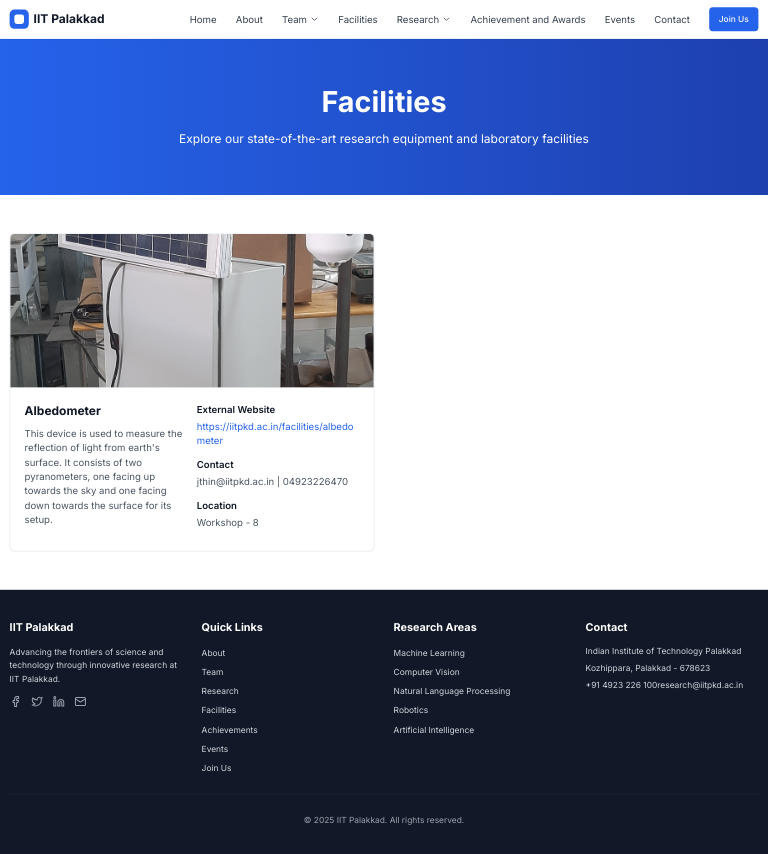
Repository: Gopikrish-30/ARISE
Page: /facilities
These files come from the project's save history. The page is drawn as it stood at one moment and after a run of saves; the edit follows.
The browser window is 1280 px wide. The pictures show the whole page, at 60% of full size.
The project was rebuilt for these pictures with package versions that can differ from the ones it lists, and the page was loaded fresh each time. The framework's server and built-in components were replaced by stand-ins that run in the browser. Also part of the build but not shown: next.config.mjs.

Above is the page before, as saved 2025-06-27 22:41:57.

### app/layout.tsx
import type React from "react"
import type { Metadata } from "next"
import { Inter } from "next/font/google"
import "./globals.css"
import { Navbar } from "@/components/navbar"
import { Footer } from "@/components/footer"

const inter = Inter({ subsets: ["latin"] })

export const metadata: Metadata = {
  title: "IIT Palakkad - Department Showcase",
  description: "Advancing the frontiers of science and technology through innovative research at IIT Palakkad",
}

export default function RootLayout({
  children,
}: {
  children: React.ReactNode
}) {
  return (
    <html lang="en">
      <body className={inter.className}>
        <Navbar />
        <main className="min-h-screen">{children}</main>
        <Footer />
      </body>
    </html>
  )
}

### app/facilities/page.tsx
"use client"

import { Button } from "@/components/ui/button"
import { Card, CardContent } from "@/components/ui/card"
import { Badge } from "@/components/ui/badge"
import { Eye } from "lucide-react"
import { useState } from "react"

export default function FacilitiesPage() {
  const facilities = [
    {
      title: "Albedometer",
      description: "This device is used to measure the reflection of light from earth's surface. It consists of two pyranometers, one facing up towards the sky and one facing down towards the surface for its setup.",
      image: "/facilities/Albedometer_0.jpg?height=250&width=400&text=HPC+Cluster",
      externalLink: "https://iitpkd.ac.in/facilities/albedometer",
      contact: "jthin@iitpkd.ac.in | 04923226470",
      location: "Workshop - 8",
    },

  ]

  // Removed categories and filtering as per user request


  const handleViewDetails = (facility: any) => {
    // Navigate to detailed facility page or open modal
    window.location.href = `/facilities/${facility.title.toLowerCase().replace(/\s+/g, "-")}`
  }

  const handleBookFacility = (facility: any) => {
    // Open booking form or navigate to booking page
    const subject = encodeURIComponent(`Facility Booking Request - ${facility.title}`)
    const body = encodeURIComponent(
      `I would like to book the ${facility.title} facility.\n\nDetails:\n- Purpose: \n- Date: \n- Duration: \n\nBest regards,`,
    )
    window.location.href = `mailto:facilities@iitpkd.ac.in?subject=${subject}&body=${body}`
  }

  const filteredFacilities = facilities

  return (
    <div className="bg-white min-h-screen">
      {/* Hero Section */}
      <section className="bg-gradient-to-r from-blue-600 to-blue-800 text-white py-20">
        <div className="container mx-auto px-4 text-center">
          <h1 className="text-4xl md:text-5xl font-bold mb-6">Facilities</h1>
          <p className="text-xl max-w-3xl mx-auto">
            Explore our state-of-the-art research equipment and laboratory facilities
          </p>
        </div>
      </section>

      {/* Facilities Content */}
      <section className="py-16">
        <div className="container mx-auto px-4">


          {/* Facilities Grid */}
          <div className="grid md:grid-cols-2 gap-8">
            {filteredFacilities.map((facility, index) => (
              <Card key={index} className="overflow-hidden group hover:shadow-lg transition-shadow">
                <div className="h-64 bg-gray-200 relative overflow-hidden">
                  <a href={facility.image || "/placeholder.svg"} target="_blank" rel="noopener noreferrer">
                    <img
                      src={facility.image || "/placeholder.svg"}
                      alt={facility.title}
                      className="w-full h-full object-cover group-hover:scale-110 transition-transform duration-300"
                    />
                  </a>
                </div>

                  <CardContent className="p-6 grid grid-cols-1 md:grid-cols-2 gap-4">
                    <div>
                      <h3 className="text-xl font-bold text-gray-900 mb-3">{facility.title}</h3>
                      <p className="text-gray-600 mb-4">{facility.description}</p>



                    </div>

                    <div className="space-y-4">
                      <div>
                        <h4 className="font-semibold text-gray-900 mb-1">External Website</h4>
                        <a
                          href={facility.externalLink}
                          target="_blank"
                          rel="noopener noreferrer"
                          className="text-blue-600 hover:underline break-all"
                        >
                          {facility.externalLink}
                        </a>
                      </div>

                      <div>
                        <h4 className="font-semibold text-gray-900 mb-1">Contact</h4>
                        <p className="text-gray-600 break-all">{facility.contact}</p>
                      </div>

                      <div>
                        <h4 className="font-semibold text-gray-900 mb-1">Location</h4>
                        <p className="text-gray-600">{facility.location}</p>
                      </div>
                  </div>
                </CardContent>
              </Card>
            ))}
          </div>
        </div>
      </section>
    </div>
  )
}

### app/globals.css
@tailwind base;
@tailwind components;
@tailwind utilities;

@layer base {
  :root {
    --background: 0 0% 100%;
    --foreground: 222.2 84% 4.9%;
    --card: 0 0% 100%;
    --card-foreground: 222.2 84% 4.9%;
    --popover: 0 0% 100%;
    --popover-foreground: 222.2 84% 4.9%;
    --primary: 221.2 83.2% 53.3%;
    --primary-foreground: 210 40% 98%;
    --secondary: 210 40% 96%;
    --secondary-foreground: 222.2 84% 4.9%;
    --muted: 210 40% 96%;
    --muted-foreground: 215.4 16.3% 46.9%;
    --accent: 210 40% 96%;
    --accent-foreground: 222.2 84% 4.9%;
    --destructive: 0 84.2% 60.2%;
    --destructive-foreground: 210 40% 98%;
    --border: 214.3 31.8% 91.4%;
    --input: 214.3 31.8% 91.4%;
    --ring: 221.2 83.2% 53.3%;
    --radius: 0.5rem;
  }

  .dark {
    --background: 222.2 84% 4.9%;
    --foreground: 210 40% 98%;
    --card: 222.2 84% 4.9%;
    --card-foreground: 210 40% 98%;
    --popover: 222.2 84% 4.9%;
    --popover-foreground: 210 40% 98%;
    --primary: 217.2 91.2% 59.8%;
    --primary-foreground: 222.2 84% 4.9%;
    --secondary: 217.2 32.6% 17.5%;
    --secondary-foreground: 210 40% 98%;
    --muted: 217.2 32.6% 17.5%;
    --muted-foreground: 215 20.2% 65.1%;
    --accent: 217.2 32.6% 17.5%;
    --accent-foreground: 210 40% 98%;
    --destructive: 0 62.8% 30.6%;
    --destructive-foreground: 210 40% 98%;
    --border: 217.2 32.6% 17.5%;
    --input: 217.2 32.6% 17.5%;
    --ring: 224.3 76.3% 94.1%;
  }
}

@layer base {
  * {
    @apply border-border;
  }
  body {
    @apply bg-background text-foreground;
  }
}

@layer utilities {
  .line-clamp-3 {
    display: -webkit-box;
    -webkit-line-clamp: 3;
    -webkit-box-orient: vertical;
    overflow: hidden;
  }
}

### components/navbar.tsx
"use client"

import { useState } from "react"
import Link from "next/link"
import { Button } from "@/components/ui/button"
import { Menu, X, ChevronDown } from "lucide-react"
import { DropdownMenu, DropdownMenuContent, DropdownMenuItem, DropdownMenuTrigger } from "@/components/ui/dropdown-menu"

export function Navbar() {
  const [isOpen, setIsOpen] = useState(false)

  return (
    <nav className="bg-white shadow-sm border-b sticky top-0 z-50">
      <div className="container mx-auto px-4">
        <div className="flex justify-between items-center h-16">
          {/* Logo */}
          <Link href="/" className="flex items-center space-x-2">
            <div className="w-8 h-8 bg-blue-600 rounded-lg flex items-center justify-center">
              <div className="w-4 h-4 bg-white rounded-sm"></div>
            </div>
            <span className="font-bold text-xl text-gray-900">IIT Palakkad</span>
          </Link>

          {/* Desktop Navigation */}
          <div className="hidden md:flex items-center space-x-8">
            <Link href="/" className="text-gray-700 hover:text-blue-600 transition-colors">
              Home
            </Link>
            <Link href="/about" className="text-gray-700 hover:text-blue-600 transition-colors">
              About
            </Link>

            {/* Team Dropdown */}
            <DropdownMenu>
              <DropdownMenuTrigger className="flex items-center text-gray-700 hover:text-blue-600 transition-colors">
                Team <ChevronDown className="ml-1 h-4 w-4" />
              </DropdownMenuTrigger>
              <DropdownMenuContent>
                <DropdownMenuItem asChild>
                  <Link href="/team">All Team</Link>
                </DropdownMenuItem>
                <DropdownMenuItem asChild>
                  <Link href="/team/faculty">Faculty</Link>
                </DropdownMenuItem>
                <DropdownMenuItem asChild>
                  <Link href="/team/scholars">Research Scholars</Link>
                </DropdownMenuItem>
              </DropdownMenuContent>
            </DropdownMenu>

            <Link href="/facilities" className="text-gray-700 hover:text-blue-600 transition-colors">
              Facilities
            </Link>

            {/* Research Dropdown */}
            <DropdownMenu>
              <DropdownMenuTrigger className="flex items-center text-gray-700 hover:text-blue-600 transition-colors">
                Research <ChevronDown className="ml-1 h-4 w-4" />
              </DropdownMenuTrigger>
              <DropdownMenuContent>
                <DropdownMenuItem asChild>
                  <Link href="/research">All Research</Link>
                </DropdownMenuItem>
                <DropdownMenuItem asChild>
                  <Link href="/research/journals">Journals</Link>
                </DropdownMenuItem>
                <DropdownMenuItem asChild>
                  <Link href="/research/conferences">Conferences</Link>
                </DropdownMenuItem>
                <DropdownMenuItem asChild>
                  <Link href="/research/book-chapters">Book Chapters</Link>
                </DropdownMenuItem>
                <DropdownMenuItem asChild>
                  <Link href="/research/programs">Programs</Link>
                </DropdownMenuItem>
              </DropdownMenuContent>
            </DropdownMenu>

            <Link href="/achievements" className="text-gray-700 hover:text-blue-600 transition-colors">
              Achievement and Awards
            </Link>
            <Link href="/events" className="text-gray-700 hover:text-blue-600 transition-colors">
              Events
            </Link>
            <Link href="/contact" className="text-gray-700 hover:text-blue-600 transition-colors">
              Contact
            </Link>
            <Button asChild className="bg-blue-600 hover:bg-blue-700">
              <Link href="/join-us">Join Us</Link>
            </Button>
          </div>

          {/* Mobile menu button */}
          <button className="md:hidden" onClick={() => setIsOpen(!isOpen)}>
            {isOpen ? <X className="h-6 w-6" /> : <Menu className="h-6 w-6" />}
          </button>
        </div>

        {/* Mobile Navigation */}
        {isOpen && (
          <div className="md:hidden py-4 border-t">
            <div className="flex flex-col space-y-4">
              <Link href="/" className="text-gray-700 hover:text-blue-600 transition-colors">
                Home
              </Link>
              <Link href="/about" className="text-gray-700 hover:text-blue-600 transition-colors">
                About
              </Link>
              <Link href="/team" className="text-gray-700 hover:text-blue-600 transition-colors">
                Team
              </Link>
              <Link href="/facilities" className="text-gray-700 hover:text-blue-600 transition-colors">
                Facilities
              </Link>
              <Link href="/research" className="text-gray-700 hover:text-blue-600 transition-colors">
                Research
              </Link>
              <Link href="/achievements" className="text-gray-700 hover:text-blue-600 transition-colors">
                Achievement and Awards
              </Link>
              <Link href="/events" className="text-gray-700 hover:text-blue-600 transition-colors">
                Events
              </Link>
              <Link href="/contact" className="text-gray-700 hover:text-blue-600 transition-colors">
                Contact
              </Link>
              <Button asChild className="bg-blue-600 hover:bg-blue-700 w-fit">
                <Link href="/join-us">Join Us</Link>
              </Button>
            </div>
          </div>
        )}
      </div>
    </nav>
  )
}

### components/footer.tsx
"use client"

import Link from "next/link"
import { Facebook, Twitter, Linkedin, Mail } from "lucide-react"

export function Footer() {
  const handleSocialClick = (platform: string) => {
    const socialLinks = {
      facebook: "https://facebook.com/iitpalakkad",
      twitter: "https://twitter.com/iitpalakkad",
      linkedin: "https://linkedin.com/school/iit-palakkad",
      email: "mailto:info@iitpkd.ac.in",
    }

    if (platform === "email") {
      window.location.href = socialLinks.email
    } else {
      window.open(socialLinks[platform], "_blank", "noopener,noreferrer")
    }
  }

  return (
    <footer className="bg-gray-900 text-white">
      <div className="container mx-auto px-4 py-12">
        <div className="grid md:grid-cols-4 gap-8">
          {/* About */}
          <div>
            <h3 className="text-lg font-bold mb-4">IIT Palakkad</h3>
            <p className="text-gray-300 text-sm leading-relaxed mb-4">
              Advancing the frontiers of science and technology through innovative research at IIT Palakkad.
            </p>
            <div className="flex space-x-4">
              <Facebook
                className="w-5 h-5 text-gray-400 hover:text-white cursor-pointer transition-colors"
                onClick={() => handleSocialClick("facebook")}
              />
              <Twitter
                className="w-5 h-5 text-gray-400 hover:text-white cursor-pointer transition-colors"
                onClick={() => handleSocialClick("twitter")}
              />
              <Linkedin
                className="w-5 h-5 text-gray-400 hover:text-white cursor-pointer transition-colors"
                onClick={() => handleSocialClick("linkedin")}
              />
              <Mail
                className="w-5 h-5 text-gray-400 hover:text-white cursor-pointer transition-colors"
                onClick={() => handleSocialClick("email")}
              />
            </div>
          </div>

          {/* Quick Links */}
          <div>
            <h3 className="text-lg font-bold mb-4">Quick Links</h3>
            <ul className="space-y-2">
              <li>
                <Link href="/about" className="text-gray-300 hover:text-white text-sm">
                  About
                </Link>
              </li>
              <li>
                <Link href="/team" className="text-gray-300 hover:text-white text-sm">
                  Team
                </Link>
              </li>
              <li>
                <Link href="/research" className="text-gray-300 hover:text-white text-sm">
                  Research
                </Link>
              </li>
              <li>
                <Link href="/facilities" className="text-gray-300 hover:text-white text-sm">
                  Facilities
                </Link>
              </li>
              <li>
                <Link href="/achievements" className="text-gray-300 hover:text-white text-sm">
                  Achievements
                </Link>
              </li>
              <li>
                <Link href="/events" className="text-gray-300 hover:text-white text-sm">
                  Events
                </Link>
              </li>
              <li>
                <Link href="/join-us" className="text-gray-300 hover:text-white text-sm">
                  Join Us
                </Link>
              </li>
            </ul>
          </div>

          {/* Research Areas */}
          <div>
            <h3 className="text-lg font-bold mb-4">Research Areas</h3>
            <ul className="space-y-2">
              <li>
                <span className="text-gray-300 text-sm">Machine Learning</span>
              </li>
              <li>
                <span className="text-gray-300 text-sm">Computer Vision</span>
              </li>
              <li>
                <span className="text-gray-300 text-sm">Natural Language Processing</span>
              </li>
              <li>
                <span className="text-gray-300 text-sm">Robotics</span>
              </li>
              <li>
                <span className="text-gray-300 text-sm">Artificial Intelligence</span>
              </li>
            </ul>
          </div>

          {/* Contact */}
          <div>
            <h3 className="text-lg font-bold mb-4">Contact</h3>
            <div className="space-y-2 text-sm text-gray-300">
              <p>Indian Institute of Technology Palakkad</p>
              <p>Kozhippara, Palakkad - 678623</p>
              <button
                onClick={() => (window.location.href = "tel:+914923226100")}
                className="hover:text-white transition-colors cursor-pointer"
              >
                +91 4923 226 100
              </button>
              <button
                onClick={() => (window.location.href = "mailto:research@iitpkd.ac.in")}
                className="hover:text-white transition-colors cursor-pointer"
              >
                research@iitpkd.ac.in
              </button>
            </div>
          </div>
        </div>

        <div className="border-t border-gray-800 mt-8 pt-8 text-center">
          <p className="text-gray-400 text-sm">© {new Date().getFullYear()} IIT Palakkad. All rights reserved.</p>
        </div>
      </div>
    </footer>
  )
}

### components/ui/card.tsx
import * as React from "react"

import { cn } from "@/lib/utils"

const Card = React.forwardRef<
  HTMLDivElement,
  React.HTMLAttributes<HTMLDivElement>
>(({ className, ...props }, ref) => (
  <div
    ref={ref}
    className={cn(
      "rounded-lg border bg-card text-card-foreground shadow-sm",
      className
    )}
    {...props}
  />
))
Card.displayName = "Card"

const CardHeader = React.forwardRef<
  HTMLDivElement,
  React.HTMLAttributes<HTMLDivElement>
>(({ className, ...props }, ref) => (
  <div
    ref={ref}
    className={cn("flex flex-col space-y-1.5 p-6", className)}
    {...props}
  />
))
CardHeader.displayName = "CardHeader"

const CardTitle = React.forwardRef<
  HTMLDivElement,
  React.HTMLAttributes<HTMLDivElement>
>(({ className, ...props }, ref) => (
  <div
    ref={ref}
    className={cn(
      "text-2xl font-semibold leading-none tracking-tight",
      className
    )}
    {...props}
  />
))
CardTitle.displayName = "CardTitle"

const CardDescription = React.forwardRef<
  HTMLDivElement,
  React.HTMLAttributes<HTMLDivElement>
>(({ className, ...props }, ref) => (
  <div
    ref={ref}
    className={cn("text-sm text-muted-foreground", className)}
    {...props}
  />
))
CardDescription.displayName = "CardDescription"

const CardContent = React.forwardRef<
  HTMLDivElement,
  React.HTMLAttributes<HTMLDivElement>
>(({ className, ...props }, ref) => (
  <div ref={ref} className={cn("p-6 pt-0", className)} {...props} />
))
CardContent.displayName = "CardContent"

const CardFooter = React.forwardRef<
  HTMLDivElement,
  React.HTMLAttributes<HTMLDivElement>
>(({ className, ...props }, ref) => (
  <div
    ref={ref}
    className={cn("flex items-center p-6 pt-0", className)}
    {...props}
  />
))
CardFooter.displayName = "CardFooter"

export { Card, CardHeader, CardFooter, CardTitle, CardDescription, CardContent }

### components/ui/button.tsx
import * as React from "react"
import { Slot } from "@radix-ui/react-slot"
import { cva, type VariantProps } from "class-variance-authority"

import { cn } from "@/lib/utils"

const buttonVariants = cva(
  "inline-flex items-center justify-center gap-2 whitespace-nowrap rounded-md text-sm font-medium ring-offset-background transition-colors focus-visible:outline-none focus-visible:ring-2 focus-visible:ring-ring focus-visible:ring-offset-2 disabled:pointer-events-none disabled:opacity-50 [&_svg]:pointer-events-none [&_svg]:size-4 [&_svg]:shrink-0",
  {
    variants: {
      variant: {
        default: "bg-primary text-primary-foreground hover:bg-primary/90",
        destructive:
          "bg-destructive text-destructive-foreground hover:bg-destructive/90",
        outline:
          "border border-input bg-background hover:bg-accent hover:text-accent-foreground",
        secondary:
          "bg-secondary text-secondary-foreground hover:bg-secondary/80",
        ghost: "hover:bg-accent hover:text-accent-foreground",
        link: "text-primary underline-offset-4 hover:underline",
      },
      size: {
        default: "h-10 px-4 py-2",
        sm: "h-9 rounded-md px-3",
        lg: "h-11 rounded-md px-8",
        icon: "h-10 w-10",
      },
    },
    defaultVariants: {
      variant: "default",
      size: "default",
    },
  }
)

export interface ButtonProps
  extends React.ButtonHTMLAttributes<HTMLButtonElement>,
    VariantProps<typeof buttonVariants> {
  asChild?: boolean
}

const Button = React.forwardRef<HTMLButtonElement, ButtonProps>(
  ({ className, variant, size, asChild = false, ...props }, ref) => {
    const Comp = asChild ? Slot : "button"
    return (
      <Comp
        className={cn(buttonVariants({ variant, size, className }))}
        ref={ref}
        {...props}
      />
    )
  }
)
Button.displayName = "Button"

export { Button, buttonVariants }

Loaded but not shown: lib/utils.ts (common file); tailwind.config.ts (common file); components/ui/dropdown-menu.tsx (200 lines, source omitted)

After the next 5 saves:
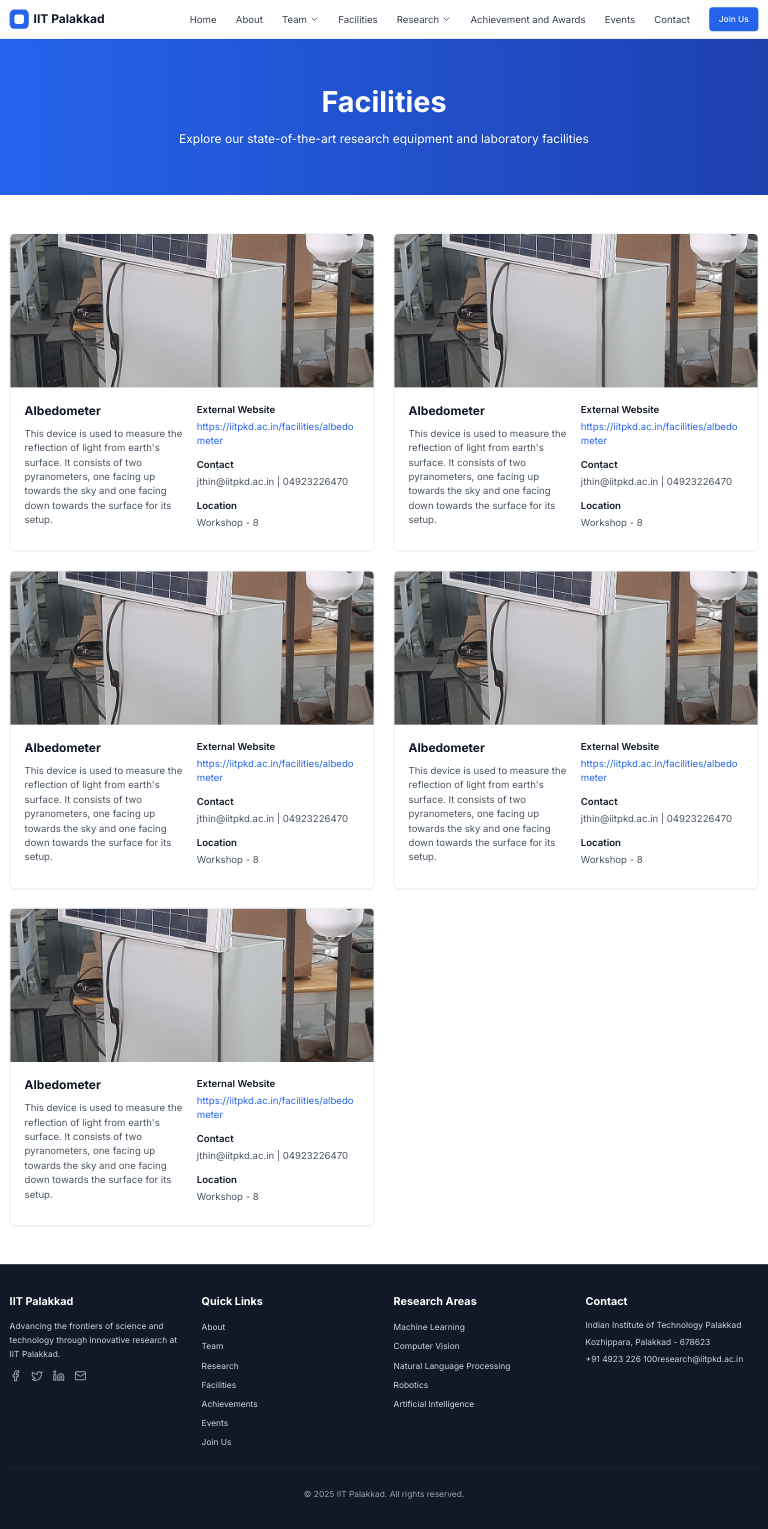
The 5 saves are shown as one change because they came seconds apart.
The last was saved 13 s later.
--- a/app/facilities/page.tsx
+++ b/app/facilities/page.tsx
@@ -8,6 +8,42 @@
 
 export default function FacilitiesPage() {
   const facilities = [
+    {
+      title: "Albedometer",
+      description: "This device is used to measure the reflection of light from earth's surface. It consists of two pyranometers, one facing up towards the sky and one facing down towards the surface for its setup.",
+      image: "/facilities/Albedometer_0.jpg?height=250&width=400&text=HPC+Cluster",
+      externalLink: "https://iitpkd.ac.in/facilities/albedometer",
+      contact: "jthin@iitpkd.ac.in | 04923226470",
+      location: "Workshop - 8",
+    },
+
+    {
+      title: "Albedometer",
+      description: "This device is used to measure the reflection of light from earth's surface. It consists of two pyranometers, one facing up towards the sky and one facing down towards the surface for its setup.",
+      image: "/facilities/Albedometer_0.jpg?height=250&width=400&text=HPC+Cluster",
+      externalLink: "https://iitpkd.ac.in/facilities/albedometer",
+      contact: "jthin@iitpkd.ac.in | 04923226470",
+      location: "Workshop - 8",
+    },
+
+    {
+      title: "Albedometer",
+      description: "This device is used to measure the reflection of light from earth's surface. It consists of two pyranometers, one facing up towards the sky and one facing down towards the surface for its setup.",
+      image: "/facilities/Albedometer_0.jpg?height=250&width=400&text=HPC+Cluster",
+      externalLink: "https://iitpkd.ac.in/facilities/albedometer",
+      contact: "jthin@iitpkd.ac.in | 04923226470",
+      location: "Workshop - 8",
+    },
+
+    {
+      title: "Albedometer",
+      description: "This device is used to measure the reflection of light from earth's surface. It consists of two pyranometers, one facing up towards the sky and one facing down towards the surface for its setup.",
+      image: "/facilities/Albedometer_0.jpg?height=250&width=400&text=HPC+Cluster",
+      externalLink: "https://iitpkd.ac.in/facilities/albedometer",
+      contact: "jthin@iitpkd.ac.in | 04923226470",
+      location: "Workshop - 8",
+    },
+
     {
       title: "Albedometer",
       description: "This device is used to measure the reflection of light from earth's surface. It consists of two pyranometers, one facing up towards the sky and one facing down towards the surface for its setup.",
